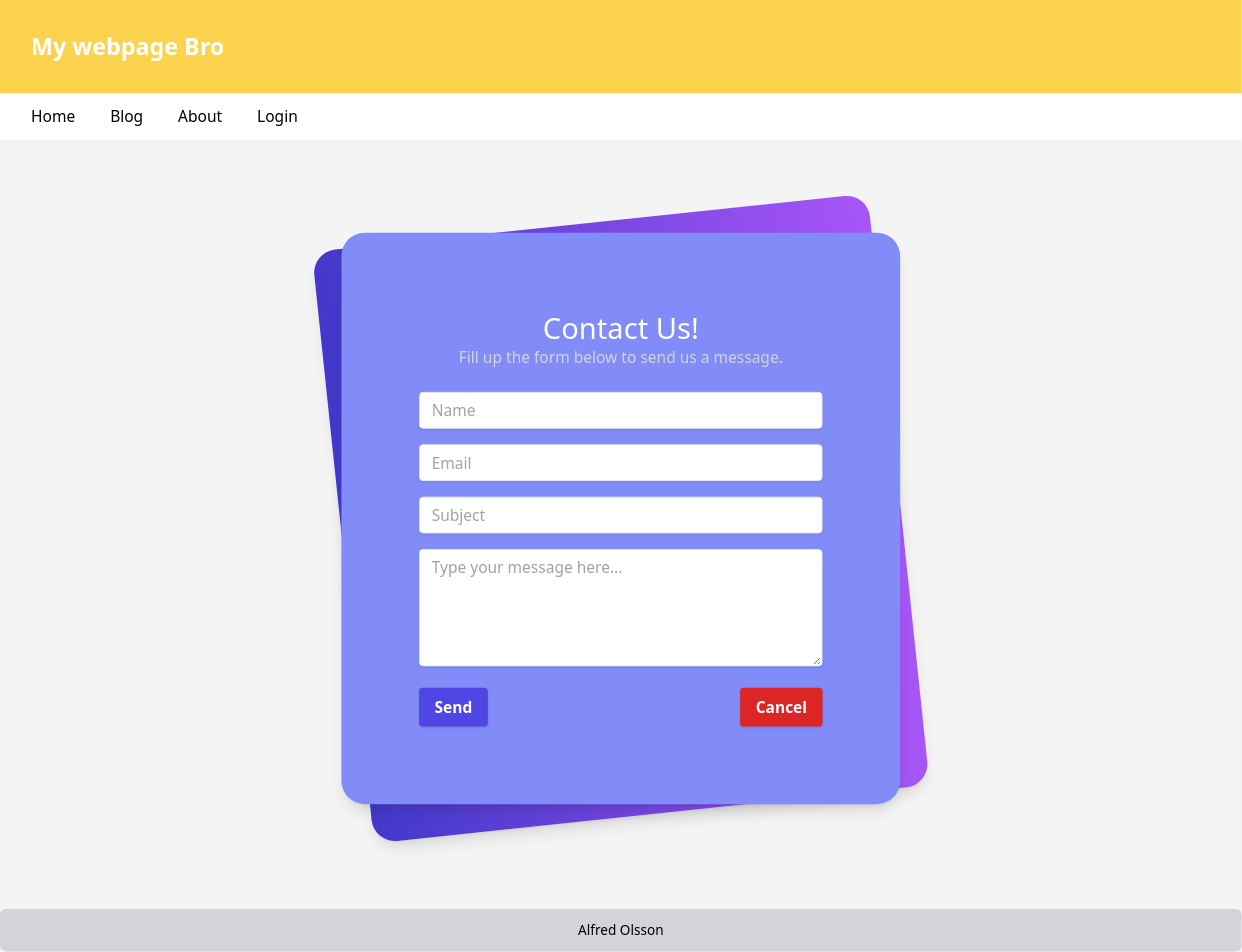
Repository: AlligatorAffe/NextWebsite
Page: /blogpostCreation
These files come from the project's save history. The page is drawn as it stood at one moment and after the next save; the edit follows.
The browser window is 1280 px wide. The pictures show the whole page, at 97% of full size.
The project was rebuilt for these pictures with package versions that can differ from the ones it lists, and the page was loaded fresh each time. The framework's server and built-in components were replaced by stand-ins that run in the browser. Also part of the build but not shown: next.config.js.

Above is the page before, as saved 2024-01-05 15:33:28.

After the next save:
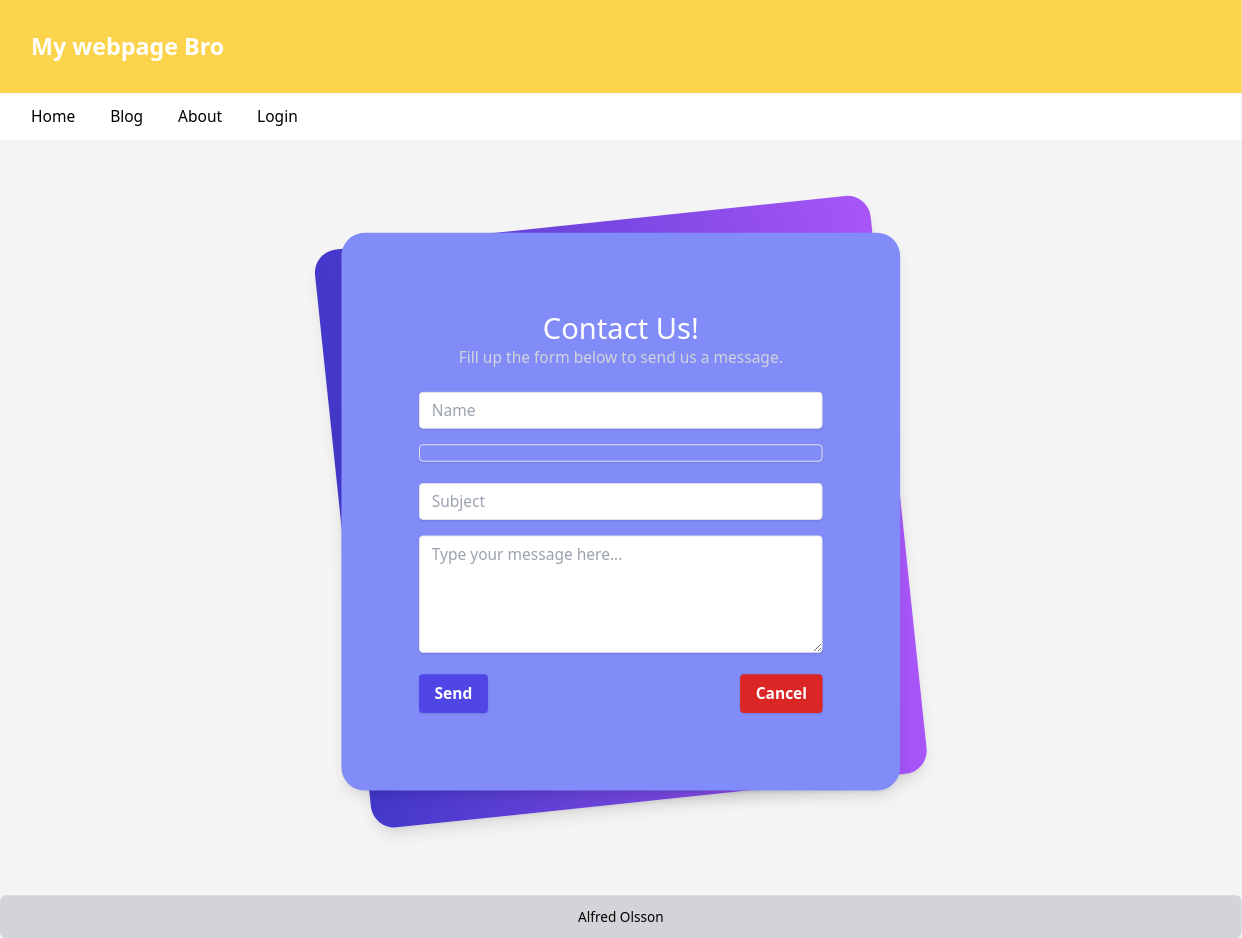
Saved 59 s later.
--- a/app/blogpostCreation/page.tsx
+++ b/app/blogpostCreation/page.tsx
@@ -81,9 +81,10 @@ export default function Page(){
 
   <input
     className="shadow mb-4 appearance-none border rounded w-full py-2 px-3 text-gray-700 leading-tight focus:outline-none focus:shadow-outline"
-    type="email"
-    placeholder="Email"
-    name="email"
+    type="image"
+    placeholder="image"
+    name="image"
+    value={newArticle.textBodyImage}
   />
 
   <input
